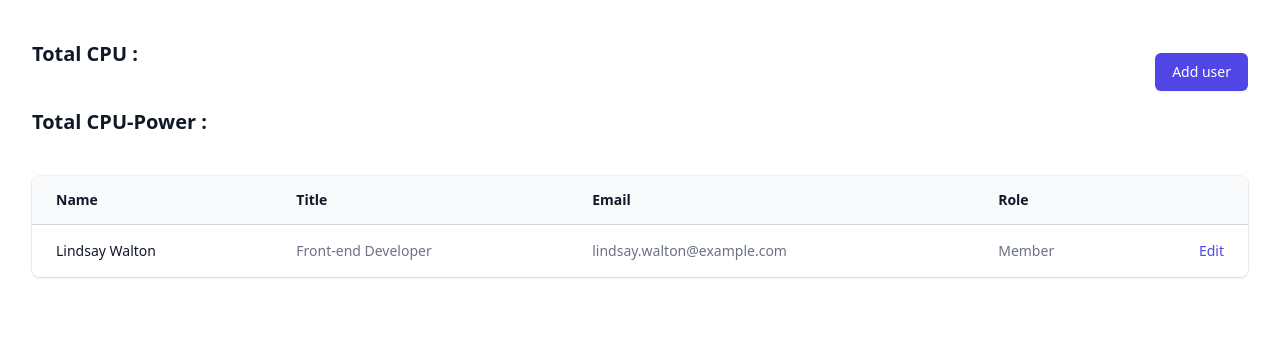
Repository: emorilebo/cpu-reader
Page: /
An editor plug-in stored every save of this project. The page is shown before and after the next save, followed by the edit.
The browser window is 1280 px wide. The pictures show the whole page.
The project was rebuilt for these pictures with package versions that can differ from the ones it lists, and the page was loaded fresh each time. The framework's server and built-in components were replaced by stand-ins that run in the browser. Also part of the build but not shown: next.config.js, styles/Home.module.css.

Above is the page before, as saved 2023-01-13 12:28:59.

### pages/index.js
import Head from 'next/head'
import Image from 'next/image'
import { Inter } from '@next/font/google'
import styles from '../styles/Home.module.css'
import Tables from '../components/Tables'

const inter = Inter({ subsets: ['latin'] })

export default function Home() {
  return (
    <>
      <Head>
        <title>Create Next App</title>
        <meta name="description" content="Generated by create next app" />
        <meta name="viewport" content="width=device-width, initial-scale=1" />
        <link rel="icon" href="/favicon.ico" />
      </Head>
      <main className="">
       <Tables/>
      </main>
    </>
  )
}

### styles/globals.css
@tailwind base;
@tailwind components;
@tailwind utilities;

/* :root {
  --max-width: 1100px;
  --border-radius: 12px;
  --font-mono: ui-monospace, Menlo, Monaco, "Cascadia Mono", "Segoe UI Mono",
    "Roboto Mono", "Oxygen Mono", "Ubuntu Monospace", "Source Code Pro",
    "Fira Mono", "Droid Sans Mono", "Courier New", monospace;

  --foreground-rgb: 0, 0, 0;
  --background-start-rgb: 214, 219, 220;
  --background-end-rgb: 255, 255, 255;

  --primary-glow: conic-gradient(
    from 180deg at 50% 50%,
    #16abff33 0deg,
    #0885ff33 55deg,
    #54d6ff33 120deg,
    #0071ff33 160deg,
    transparent 360deg
  );
  --secondary-glow: radial-gradient(
    rgba(255, 255, 255, 1),
    rgba(255, 255, 255, 0)
  );

  --tile-start-rgb: 239, 245, 249;
  --tile-end-rgb: 228, 232, 233;
  --tile-border: conic-gradient(
    #00000080,
    #00000040,
    #00000030,
    #00000020,
    #00000010,
    #00000010,
    #00000080
  );

  --callout-rgb: 238, 240, 241;
  --callout-border-rgb: 172, 175, 176;
  --card-rgb: 180, 185, 188;
  --card-border-rgb: 131, 134, 135;
}

@media (prefers-color-scheme: dark) {
  :root {
    --foreground-rgb: 255, 255, 255;
    --background-start-rgb: 0, 0, 0;
    --background-end-rgb: 0, 0, 0;

    --primary-glow: radial-gradient(rgba(1, 65, 255, 0.4), rgba(1, 65, 255, 0));
    --secondary-glow: linear-gradient(
      to bottom right,
      rgba(1, 65, 255, 0),
      rgba(1, 65, 255, 0),
      rgba(1, 65, 255, 0.3)
    );

    --tile-start-rgb: 2, 13, 46;
    --tile-end-rgb: 2, 5, 19;
    --tile-border: conic-gradient(
      #ffffff80,
      #ffffff40,
      #ffffff30,
      #ffffff20,
      #ffffff10,
      #ffffff10,
      #ffffff80
    );

    --callout-rgb: 20, 20, 20;
    --callout-border-rgb: 108, 108, 108;
    --card-rgb: 100, 100, 100;
    --card-border-rgb: 200, 200, 200;
  }
}

* {
  box-sizing: border-box;
  padding: 0;
  margin: 0;
}

html,
body {
  max-width: 100vw;
  overflow-x: hidden;
}

body {
  color: rgb(var(--foreground-rgb));
  background: linear-gradient(
      to bottom,
      transparent,
      rgb(var(--background-end-rgb))
    )
    rgb(var(--background-start-rgb));
}

a {
  color: inherit;
  text-decoration: none;
}

@media (prefers-color-scheme: dark) {
  html {
    color-scheme: dark;
  }
} */

### components/Tables.jsx
import React from "react";

const cpu = [
    { name: 'Lindsay Walton', title: 'Front-end Developer', email: 'lindsay.walton@example.com', role: 'Member' },
    // More people...
  ]

export default function Tables() {
  return (
    <div className="px-4 sm:px-6 lg:px-8">
      <div className="sm:flex sm:items-center">
        <div className="sm:flex-auto">
          <h1 className=" mt-10 text-xl font-semibold text-gray-900">Total CPU : </h1>
          <h1 className=" mt-10 text-xl font-semibold text-gray-900">Total CPU-Power : </h1>
          <p className="mt-2 text-sm text-gray-700">

          </p>
        </div>
        <div className="mt-4 sm:mt-0 sm:ml-16 sm:flex-none">
          <button
            type="button"
            className="inline-flex items-center justify-center rounded-md border border-transparent bg-indigo-600 px-4 py-2 text-sm font-medium text-white shadow-sm hover:bg-indigo-700 focus:outline-none focus:ring-2 focus:ring-indigo-500 focus:ring-offset-2 sm:w-auto"
          >
            Add user
          </button>
        </div>
      </div>
      <div className="mt-8 flex flex-col">
        <div className="-my-2 -mx-4 overflow-x-auto sm:-mx-6 lg:-mx-8">
          <div className="inline-block min-w-full py-2 align-middle md:px-6 lg:px-8">
            <div className="overflow-hidden shadow ring-1 ring-black ring-opacity-5 md:rounded-lg">
              <table className="min-w-full divide-y divide-gray-300">
                <thead className="bg-gray-50">
                  <tr>
                    <th
                      scope="col"
                      className="py-3.5 pl-4 pr-3 text-left text-sm font-semibold text-gray-900 sm:pl-6"
                    >
                      Name
                    </th>
                    <th
                      scope="col"
                      className="px-3 py-3.5 text-left text-sm font-semibold text-gray-900"
                    >
                      Title
                    </th>
                    <th
                      scope="col"
                      className="px-3 py-3.5 text-left text-sm font-semibold text-gray-900"
                    >
                      Email
                    </th>
                    <th
                      scope="col"
                      className="px-3 py-3.5 text-left text-sm font-semibold text-gray-900"
                    >
                      Role
                    </th>
                    <th
                      scope="col"
                      className="relative py-3.5 pl-3 pr-4 sm:pr-6"
                    >
                      <span className="sr-only">Edit</span>
                    </th>
                  </tr>
                </thead>
                <tbody className="divide-y divide-gray-200 bg-white">
                  {cpu.map((person) => (
                    <tr key={person.email}>
                      <td className="whitespace-nowrap py-4 pl-4 pr-3 text-sm font-medium text-gray-900 sm:pl-6">
                        {person.name}
                      </td>
                      <td className="whitespace-nowrap px-3 py-4 text-sm text-gray-500">
                        {person.title}
                      </td>
                      <td className="whitespace-nowrap px-3 py-4 text-sm text-gray-500">
                        {person.email}
                      </td>
                      <td className="whitespace-nowrap px-3 py-4 text-sm text-gray-500">
                        {person.role}
                      </td>
                      <td className="relative whitespace-nowrap py-4 pl-3 pr-4 text-right text-sm font-medium sm:pr-6">
                        <a
                          href="#"
                          className="text-indigo-600 hover:text-indigo-900"
                        >
                          Edit<span className="sr-only">, {person.name}</span>
                        </a>
                      </td>
                    </tr>
                  ))}
                </tbody>
              </table>
            </div>
          </div>
        </div>
      </div>
    </div>
  );
}

Loaded but not shown: pages/_app.js (common file); pages/_document.js (common file); tailwind.config.js (common file)

After the next save:
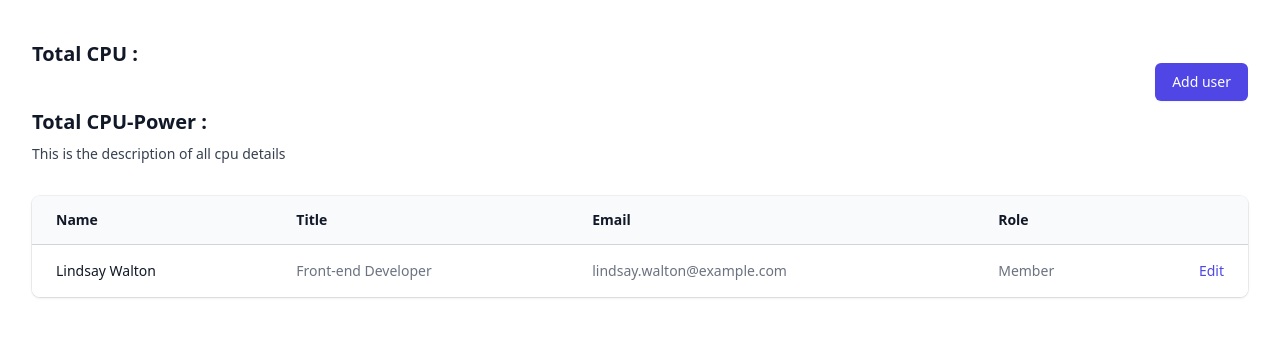
Saved 11 s later.
--- a/components/Tables.jsx
+++ b/components/Tables.jsx
@@ -13,7 +13,7 @@ export default function Tables() {
           <h1 className=" mt-10 text-xl font-semibold text-gray-900">Total CPU : </h1>
           <h1 className=" mt-10 text-xl font-semibold text-gray-900">Total CPU-Power : </h1>
           <p className="mt-2 text-sm text-gray-700">
-
+            This is the description of all cpu details
           </p>
         </div>
         <div className="mt-4 sm:mt-0 sm:ml-16 sm:flex-none">
